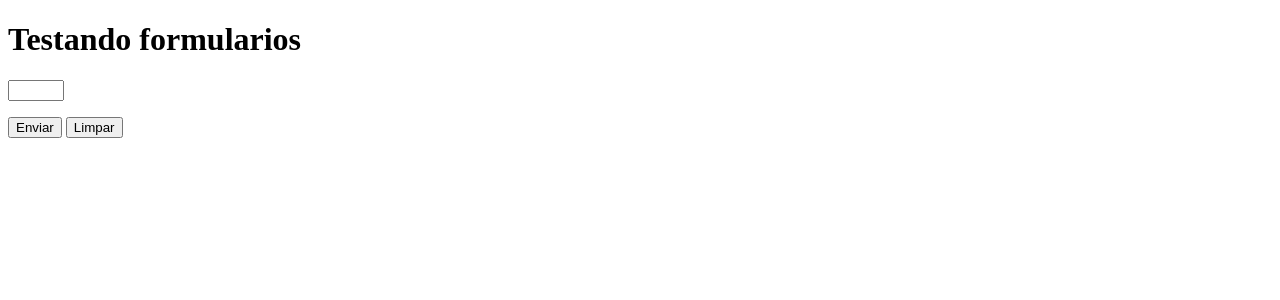
Repository: Lucianorodriguesdev/cursoHTML-CSS
Page: ex025/form008.html
These files come from the project's save history. The page is drawn as it stood at one moment and after the next save; the edit follows.
The browser window is 1280 px wide. The pictures show the whole page.

Above is the page before, as saved 2026-07-10 13:25:39.

### ex025/form008.html
<!DOCTYPE html>
<html lang="pt-br">
<head>
    <meta charset="UTF-8">
    <meta name="viewport" content="width=device-width, initial-scale=1.0">
    <title>Formulario</title>
</head>
<body>
    <h1>Testando formularios</h1>
    <form action="formulario.php" method="get" autocomplete="on">
        <p>
            <label for="in1"></label>
            <input type="number" name="in1" id="in1" min="0" max="50" required>
        </p>
        <p>
            <input type="submit" value="Enviar">
            <input type="reset" value="Limpar">
        </p>
    </form>
</body>
</html>

After the next save:
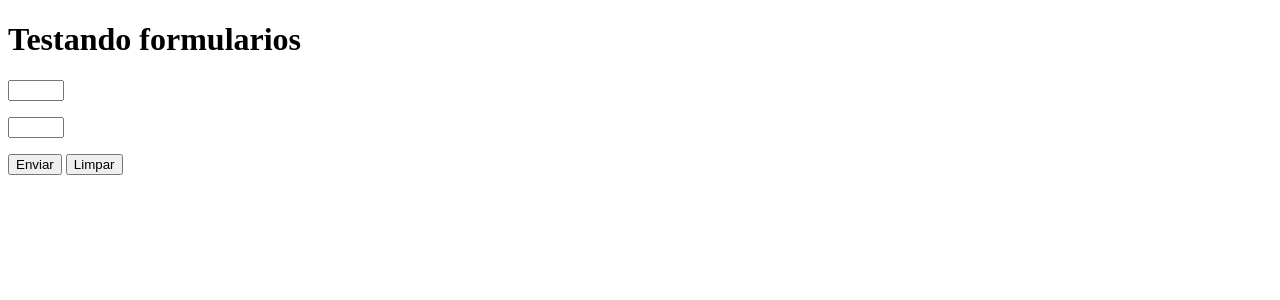
Saved 20 s later.
--- a/ex025/form008.html
+++ b/ex025/form008.html
@@ -13,6 +13,10 @@
             <input type="number" name="in1" id="in1" min="0" max="50" required>
         </p>
         <p>
+            <label for="in2"></label>
+            <input type="number" name="in2" id="in2" min="0" max="50" required>
+        </p>
+        <p>
             <input type="submit" value="Enviar">
             <input type="reset" value="Limpar">
         </p>
